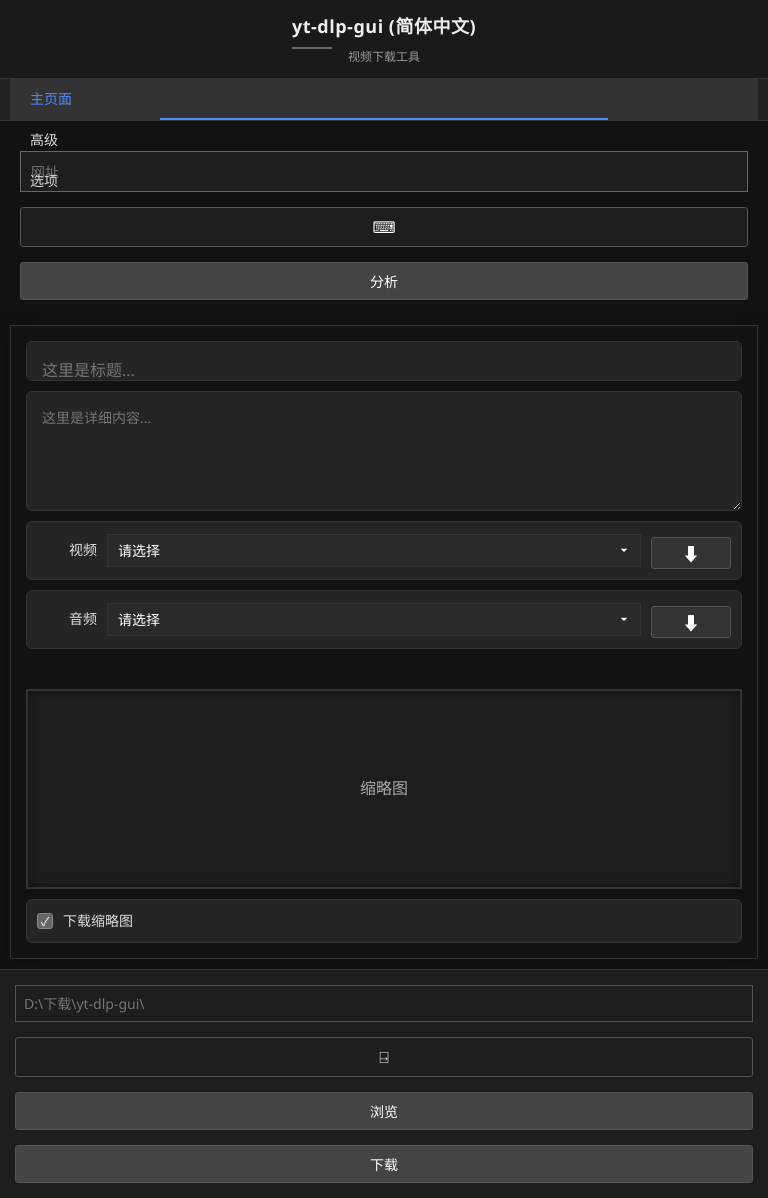
Repository: zArvin6808/yt-TubeSaver
Page: index.html
These files come from the project's save history. The page is drawn as it stood at one moment and after the next save; the edit follows.
The browser window is 768 px wide. The pictures show the whole page.

Above is the page before, as saved 2025-06-07 16:18:45.

After the next save:
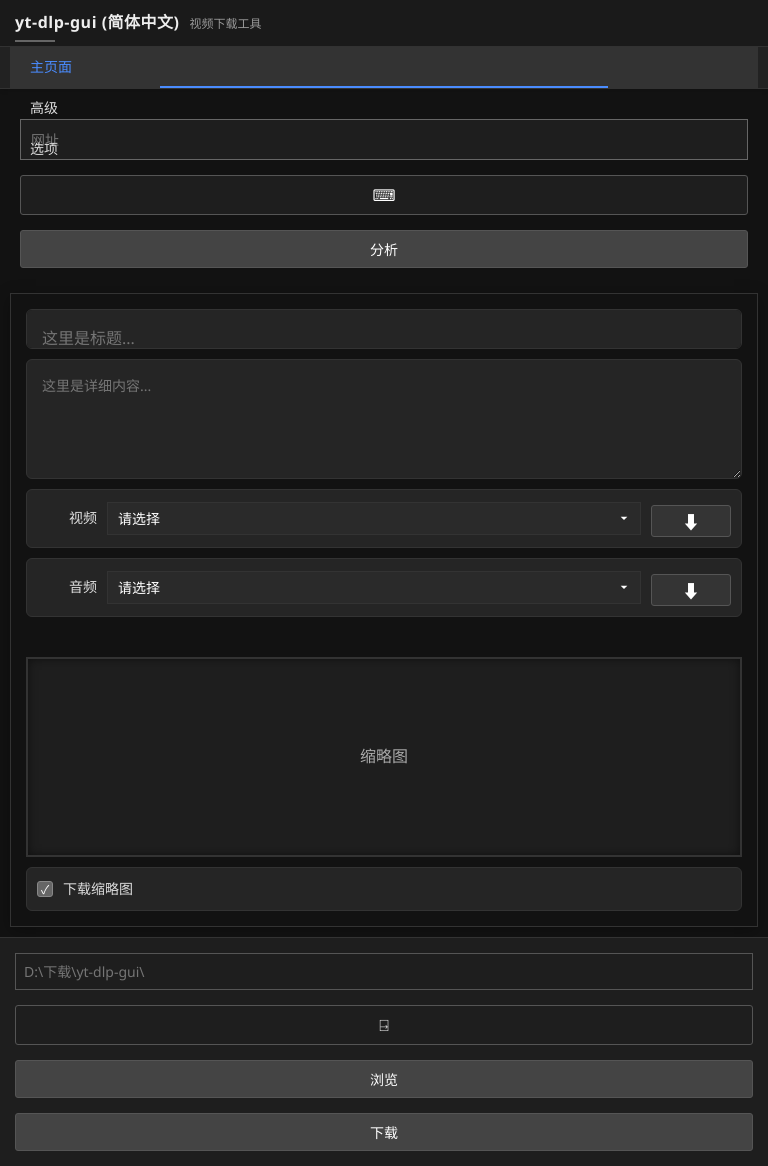
Saved 12 min 8 s later.
--- a/style.css
+++ b/style.css
@@ -761,30 +761,29 @@
       }
     }
 
-    /* 标题栏优化 - 黑灰主题 */
+    /* 标题栏优化 - 单行黑灰主题 */
     .title-bar {
       background-color: #1a1a1a;
       border-bottom: 1px solid #333;
-      padding: 15px 20px;
-      display: flex;
-      flex-direction: column;
-      gap: 4px;
+      padding: 12px 20px;
+      display: flex;
+      align-items: baseline;
+      gap: 10px;
     }
 
     .title-bar h1 {
       color: #eee;
-      font-size: 22px;
+      font-size: 18px;
       font-weight: 600;
       margin: 0;
       letter-spacing: 0.5px;
       position: relative;
-      display: inline-block;
     }
 
     .title-bar h1::after {
       content: "";
       position: absolute;
-      bottom: -8px;
+      bottom: -6px;
       left: 0;
       width: 40px;
       height: 2px;
@@ -795,16 +794,15 @@
       color: #999;
       font-size: 13px;
       font-weight: 400;
-      margin-top: 2px;
     }
 
     @media (max-width: 768px) {
       .title-bar {
-        padding: 12px 15px;
+        padding: 10px 15px;
       }
 
       .title-bar h1 {
-        font-size: 18px;
+        font-size: 16px;
       }
 
       .title-bar span {
